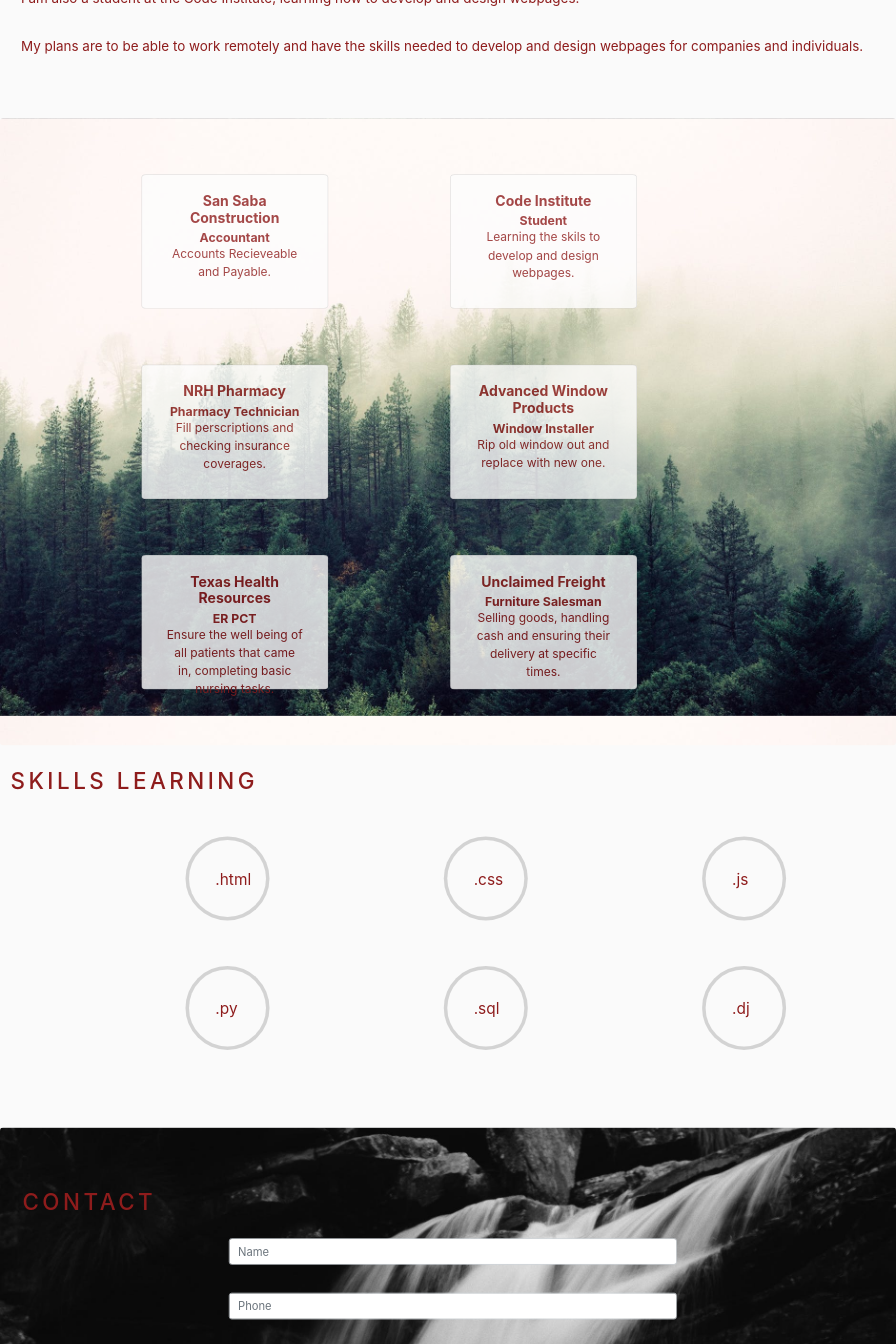
Repository: sshields9591/user-centric-project
Page: index.html
The author's editor kept a record of every edit. The page is drawn from the files as they stood at one moment, then again after the next edit.
The browser window is 1280 px wide. The pictures show the part of the page from y = 1017 to 2937 px (the page is 3542 px tall before and 3782 px after), at 70% of full size.
Backgrounds fixed to the window are drawn as part of the page. Some web libraries are served in a nearby version.

Above is the page before.

### index.html
<!DOCTYPE html>
<html lang="en">

<head>


    <meta charset="UTF-8">
    <meta name="viewport" content="width=device-width, initial-scale=1.0">
    <meta http-equiv="X-UA-Compatible" content="ie=edge">
    <link rel="stylesheet" href="https://maxcdn.bootstrapcdn.com/bootstrap/4.1.3/css/bootstrap.min.css">
    <link rel="stylesheet" href="https://use.fontawesome.com/releases/v5.11.1/css/all.css" integrity="sha384-IT8OQ5/IfeLGe8ZMxjj3QQNqT0zhBJSiFCL3uolrGgKRuenIU+mMS94kck/AHZWu" crossorigin="anonymous">
    <link href="https://fonts.googleapis.com/css?family=Roboto:400,700&display=swap" rel="stylesheet">
    <link rel="stylesheet" href="style.css" type="text/css" />

    <title>Steven Shields Portfolio</title>


</head>


<body>


    <!-------JUMBOTRON / NAVBAR------->


    <div class="jumbotron" id="landing-view">
        <div class="container-fluid">
            <div class="container">
                <nav class="navDefault">
                    <div class="dropdown">
                        <button>Explore</button>
                        <ul class="dropdownMenu">
                            <li class="dropdownItem"><a href="#about-me" class="dropdownLink">About</a></li>
                            <li class="dropdownItem"><a href="#work" class="dropdownLink">Work</a></li>
                            <li class="dropdownItem"><a href="#skills" class="dropdownLink">Skills</a></li>
                            <li class="dropdownItem"><a href="#contact" class="dropdownLink">Contact</a></li>
                        </ul>
                    </div>
                </nav>
            </div>
            <div class="container top">
                <br>
                <br>
                <br>
                <h1 class="name">Steven Shields</h1>
                <p class="title">Full-Stack Software Developer</p>
            </div>
        </div>
    </div>


    <!-------ABOUT ME------->


    <div id="about-me">
        <div class="container-fluid">
            <div class="row about-row" id="about">
                <br>
                <br>
                <h2>About</h2>
            </div>
            <div class="col">
                <p class="about-p">
                    I am currently an accountant for San Saba Construction doing AR and AP duties. I submit payment applications each month to our customers that we do work with, make sure each of our vendors are paid each month to prevent lien notices from going out on a job which will prohibit any further production of the specific job.
                </p>
                <br>
                <p class="about-p">
                    I am also a student at the Code Institute, learning how to develop and design webpages.
                </p>
                <br>
                <p class="about-p">
                    My plans are to be able to work remotely and have the skills needed to develop and design webpages for companies and individuals.
                </p>
                <br>
                <br>
                <br>
            </div>
        </div>
    </div>


    <!-------WORK------->


    <div class="jumbotron" id="work">
        <div class="container-fluid card-container">
            <div class="col col-md-8 col-lg-3 project-cards">
                <div class="card">
                    <div class="card-body">
                        <h5 class="card-title">San Saba Construction</h5>
                        <h6 class="card-subtitle">Accountant</h6>
                        <p class="card-text">Accounts Recieveable and Payable.</p>
                    </div>
                </div>
            </div>
            <div class="col col-md-8 col-lg-3 project-cards">
                <div class="card">
                    <div class="card-body">
                        <h5 class="card-title">Code Institute</h5>
                        <h6 class="card-subtitle">Student</h6>
                        <p class="card-text">Learning the skils to develop and design webpages.</p>
                    </div>
                </div>
            </div>
            <div class="col col-md-8 col-lg-3 project-cards">
                <div class="card">
                    <div class="card-body">
                        <h5 class="card-title">NRH Pharmacy</h5>
                        <h6 class="card-subtitle">Pharmacy Technician</h6>
                        <p class="card-text">Fill perscriptions and checking insurance coverages.</p>
                    </div>
                </div>
            </div>
            <div class="col col-md-8 col-lg-3 project-cards">
                <div class="card">
                    <div class="card-body">
                        <h5 class="card-title">Advanced Window Products</h5>
                        <h6 class="card-subtitle">Window Installer</h6>
                        <p class="card-text">Rip old window out and replace with new one.</p>
                    </div>
                </div>
            </div>
            <div class="col col-md-8 col-lg-3 project-cards">
                <div class="card">
                    <div class="card-body">
                        <h5 class="card-title">Texas Health Resources</h5>
                        <h6 class="card-subtitle">ER PCT</h6>
                        <p class="card-text">Ensure the well being of all patients that came in, completing basic nursing tasks.</p>
                    </div>
                </div>
            </div>
            <div class="col col-md-8 col-lg-3 project-cards">
                <div class="card">
                    <div class="card-body">
                        <h5 class="card-title">Unclaimed Freight</h5>
                        <h6 class="card-subtitle">Furniture Salesman</h6>
                        <p class="card-text">Selling goods, handling cash and ensuring their delivery at specific times.</p>
                    </div>
                </div>
            </div>
        </div>
    </div>


    <!-------SKILLS------->


    <div class="skills-section" id="skills">
        <div class="container-fluid">
            <div class="row skills-row">
                <br>
                <br>
                <h2>Skills Learning</h2>
            </div>
            <div class="contianer skills-inner">
                <div class="col col-md-3 skill-circle">
                    <div class="arc-container">
                        <div class="arc-overlay">
                            <p class="html">.html</p>
                        </div>
                        <div class="arc-wrapper">
                        </div>
                    </div>
                </div>
                <div class="col col-md-3 skill-circle">
                    <div class="arc-container">
                        <div class="arc-overlay">
                            <p class="css">.css</p>
                        </div>
                        <div class="arc-wrapper">
                        </div>
                    </div>
                </div>
                <div class="col col-md-3 skill-circle">
                    <div class="arc-container">
                        <div class="arc-overlay">
                            <p class="js">.js</p>
                        </div>
                        <div class="arc-wrapper">
                        </div>
                    </div>
                </div>
                <div class="col col-md-3 skill-circle">
                    <div class="arc-container">
                        <div class="arc-overlay">
                            <p class="py">.py</p>
                        </div>
                        <div class="arc-wrapper">
                        </div>
                    </div>
                </div>
                <div class="col col-md-3 skill-circle">
                    <div class="arc-container">
                        <div class="arc-overlay">
                            <p class="sql">.sql</p>
                        </div>
                        <div class="arc-wrapper">
                        </div>
                    </div>
                </div>
                <div class="col col-md-3 skill-circle">
                    <div class="arc-container">
                        <div class="arc-overlay">
                            <p class="django">.dj</p>
                        </div>
                        <div class="arc-wrapper">
                        </div>
                    </div>
                </div>
            </div>
        </div>
    </div>


    <!-------CONTACT------->


    <div class="jumbotron" id="contact">
        <div class="container-fluid">
            <div class="col contact-form">
                <br>
                <h2 class="contact-head" id="contact-head">Contact</h2>
                <br>
                <form class="contact">
                    <div class="row">
                        <div class="form-group">
                            <input type="text" class="form-control" id="exampleInputName" name="Name" placeholder="Name" required/>
                        </div>
                    </div>
                    <br>
                    <div class="row">
                        <div class="form-group">
                            <input type="text" class="form-control" id="exampleInputPhone" name="Phone" placeholder="Phone">
                        </div>
                    </div>
                    <br>
                    <div class="row">
                        <div class="form-group">
                            <input type="email" class="form-control" id="exampleInputEmail1" name="Email" placeholder="Email" required>
                        </div>
                    </div>
                    <br>
                    <div class="row">
                        <div class="form-group message">
                            <textarea class="form-control" name="message" rows="6" placeholder="Message" required></textarea>
                        </div>
                    </div>
                    <br>
                    <input type="submit" value="Send" class="btn btn-default">
                </form>
            </div>
        </div>
    </div>


    <!-------FOOTER------->


    <footer>
        <div class="container-fluid">
            <div class="row foot">
                <div class="col icons">
                    <a href="https://www.linkedin.com/in/steven-shields-64689118a/"><i class="fab fa-linkedin-in alignment"></i></a>
                    <a href="https://www.github.com/sshields9591"><i class="fab fa-github alignment"></i></a>
                    <a href="resume.docx"><i class="fas fa-file-download alignment"></i></a>
                    <a href="#" style='padding-right: 0px'><i class="fab fa-facebook alignment"></i></a>
                </div>
            </div>
        </div>
    </footer>


    <!-------------->


    <script src="https://code.jquery.com/jquery-3.2.1.slim.min.js" integrity="sha384-KJ3o2DKtIkvYIK3UENzmM7KCkRr/rE9/Qpg6aAZGJwFDMVNA/GpGFF93hXpG5KkN" crossorigin="anonymous"></script>
    <script src="https://cdnjs.cloudflare.com/ajax/libs/popper.js/1.12.9/umd/popper.min.js" integrity="sha384-ApNbgh9B+Y1QKtv3Rn7W3mgPxhU9K/ScQsAP7hUibX39j7fakFPskvXusvfa0b4Q" crossorigin="anonymous"></script>
    <script src="https://maxcdn.bootstrapcdn.com/bootstrap/4.0.0/js/bootstrap.min.js" integrity="sha384-JZR6Spejh4U02d8jOt6vLEHfe/JQGiRRSQQxSfFWpi1MquVdAyjUar5+76PVCmYl" crossorigin="anonymous"></script>



</body>


</html>

### style.css
body {
    background-color: #fafafa;
    color: #8e1c1c;
}


/*-------NAVBAR-------*/

.navDefault {
    position: fixed;
    top: 0;
    right: 0;
    background-color: transparent;
}

button {
    border: none;
    background-color: #8e1c1c;
    width: 100px;
    height: 50px;
    color: #fff;
    text-transform: uppercase;
    cursor: pointer;
}

.dropdownMenu {
    list-style: none;
    margin: 0;
    padding: 0;
    position: absolute;
    left: 0;
    right: 0;
    top: 50;
    z-index: -1;
    width: 100px;
    box-shadow: 0px 6px 10px 0px rgba(0, 0, 0, 0.2);
    text-align: center;
    transform: translateY(-100%);
    transition: transform .5s ease-in-out;
}

.dropdownLink {
    text-decoration: none;
    display: block;
    background-color: #fafafa;
    color: #8e1c1c;
    padding: 10px 5px;
    transition: background-color .5s ease-in-out, color .5s ease-in-out;
}

.dropdownLink:hover {
    color: #fff;
    background-color: #8e1c1c;
}

.dropdown {
    width: 100px;
    position: relative;
}

.dropdown:hover button {
    background-color: #8e1c1c;
}

.dropdown:hover .dropdownMenu {
    transform: translateY(0);
}


/*-------JUMBOTRON-------*/

#landing-view {
    background-image: url(images/landing.jpg);
    background-attachment: fixed;
    background-position: center;
    background-size: cover;
    height: 100vh;
    background-repeat: no-repeat;
}

.top {
    padding-left: 12px;
    text-align: center;
}

h1 {
    padding-top: 5%;
    font-size: 5em;
}

.jumbotron p {
    font-size: 2.5em;
}


/*-------ABOUT ME-------*/

.about-row {
    padding-top: 10px;
    font-size: 1.75em;
    line-height: 2;
}

h2 {
    margin-left: 15px;
    letter-spacing: 5px;
    text-transform: uppercase;
}

.about-p {
    font-size: 1.2em;
}


/*-------WORK-------*/

#work {
    background-image: url(images/tree-fog.jpg);
    background-attachment: fixed;
    background-position: center;
    background-repeat: no-repeat;
    background-size: cover;
    padding-top: 40px;
    padding-bottom: 40px;
}

.project-cards {
    display: inline-table;
    justify-content: center;
    align-items: center;
}

.card {
    background-color: #fdfdfd;
    border-radius: 2.5%;
    height: 16em;
    top: 50%;
    margin: 15% auto;
    padding: 15px;
    align-items: center;
    z-index: 2;
    display: block;
    opacity: 0.8;
}

.card-body {
    text-align: center;
    padding-top: 10px;
}

.card-title {
    font-size: 1.25em;
    font-weight: bold;
}

.card-subtitle {
    font-size: 1.1em;
    font-weight: bold;
}

.card-body .card-text {
    font-size: 1.07em;
}


/*-------SKILLS-------*/

#skills {
    position: relative;
    top: 12%;
    padding-bottom: 96px;
}

.skills {
    margin-top: 70px;
}

.skills-inner {
    margin-left: 30px;
}

.skill-circle {
    display: inline-table;
    margin-bottom: 55px;
    padding-left: 18%;
}

.arc-wrapper {
    width: 120px;
    height: 120px;
    border-radius: 150px;
    background: #d3d3d3;
    overflow: hidden;
    left: 0px;
    top: 50px;
    position: absolute;
}

.arc-overlay {
    width: 110px;
    height: 110px;
    background-color: #fafafa;
    padding-left: 20px;
    padding-top: 6px;
    box-sizing: border-box;
    -moz-box-sizing: border-box;
    line-height: 100px;
    font-weight: 400;
    text-shadow: 0 1px 0 #fff;
    font-size: 22px;
    border-radius: 100px;
    position: absolute;
    z-index: 5;
    top: 55px;
    left: 5px;
}

.arc-container {
    position: relative;
    height: 130px;
    width: 130px;
}

.html {
    padding-left: 18px;
}

.css {
    padding-left: 18px;
}

.js {
    padding-left: 18px;
}

.py {
    padding-left: 18px;
}

.sql {
    padding-left: 18px;
}

.django {
    padding-left: 18px;
}


/*-------CONTACT-------*/

#contact {
    background-attachment: fixed;
    background-image: url('images/river.jpg');
    background-position: center;
    background-size: cover;
    height: 115vh;
    width: 100vw;
    background-repeat: no-repeat;
}

.contact-form {
    position: relative;
    top: 6%;
}

.contact {
    margin-left: 30px;
}

#contact-head {
    margin-left: -30px;
}

.btn {
    background-color: #8e1c1c;
    color: #fff;
    margin-left: 50px;
}


/*-------FOOTER-------*/

footer {
    border-color: transparent;
    text-align: center;
}

.foot {
    margin-bottom: 20px;
}

a {
    padding: 5px 5px 15px 15px;
    background-color: transparent;
}

.alignment {
    line-height: 2px;
}

i {
    display: inline-block;
    color: #8f8f8f;
    width: 41px;
    height: 25px;
    font-size: 28px;
    text-align: center;
    margin-top: 2.5px;
    margin-bottom: 2.5px;
}


/*-------MEDIA QUERIES------*/

@media (min-width: 768px) and (max-width: 1024px) {

    /*--JUMBOTRON--*/

    .name {
        padding-top: 0px;
    }

    h1 {
        font-size: 10em;
    }

    .jumbotron p {
        font-size: 4em;
    }

    /*--ABOUT--*/

    .about-p {
        font-size: 1.8em;
    }

    /*--WORK--*/

    .card-container {
        width: 77vw;
    }

    .card {
        height: 12em;
        width: 18em;
        padding: 8px;
        margin: 10px;
    }

    .project-cards {
        margin-left: 100px;
    }

    /*--SKILLS--*/

    .skill-circle {
        margin-left: 30px;
        padding-left: 30px;
    }

    /*--CONTACT--*/

    #contact {
        padding: 0px 10px;
        height: 100vh;
    }

    .contact {
        margin-top: 60px;
    }

    .contact-head {
        margin-left: -30px;
    }

    .form-control {
        width: 50vw;
    }

    .form-group {
        padding: 0px;
        margin-left: 190px;
        margin-bottom: 20px;
    }

    .btn {
        margin-left: 400px;
    }
}

@media (min-width: 1025px) {

    /*--JUMBOTRON--*/

   .name{
       padding-top: 0px;
   }

    h1 {
        font-size: 10em;
    }

    .jumbotron p {
        font-size: 4em;
    }

    /*--WORK--*/

    .project-cards {
        margin-left: 140px;
    }

    .card {
        height: 12em;
    }

    /*--CONTACT--*/

    .form-group {
        margin-left: 250px;
    }

    .form-control {
        width: 50vw;
    }
    .btn {
        margin-left: 550px;
    }

    /*--FOOTER--*/

    footer {
        margin-right: 60px;
    }

    i {
        margin-right: 50px;
    }
}

After the next edit:
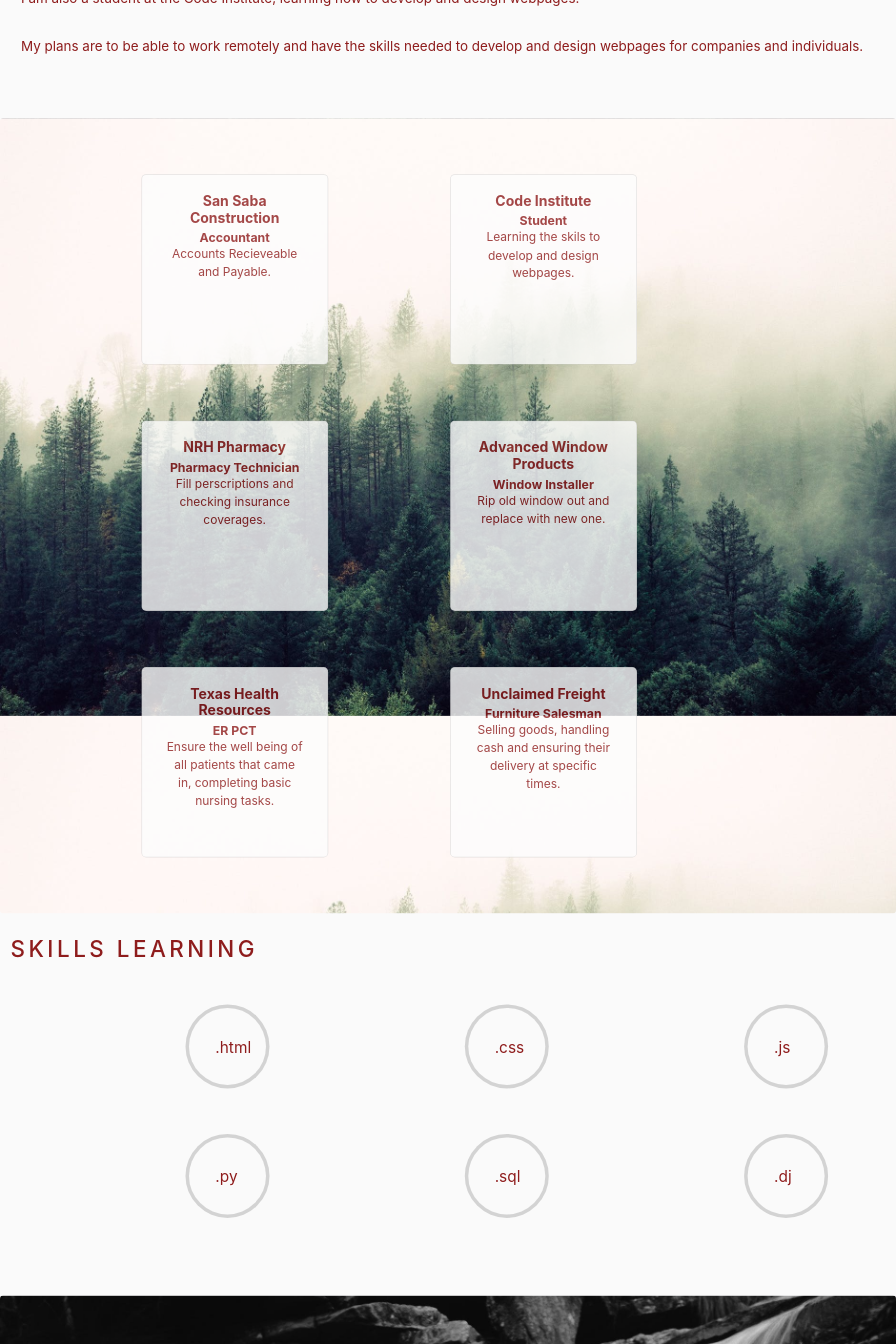
The edit:
--- a/style.css
+++ b/style.css
@@ -411,7 +411,13 @@
     }
 
     .card {
-        height: 12em;
+        height: 17em;
+    }
+
+    /*--SKILLS--*/
+
+    .skill-circle {
+        margin-right: 30px;
     }
 
     /*--CONTACT--*/
